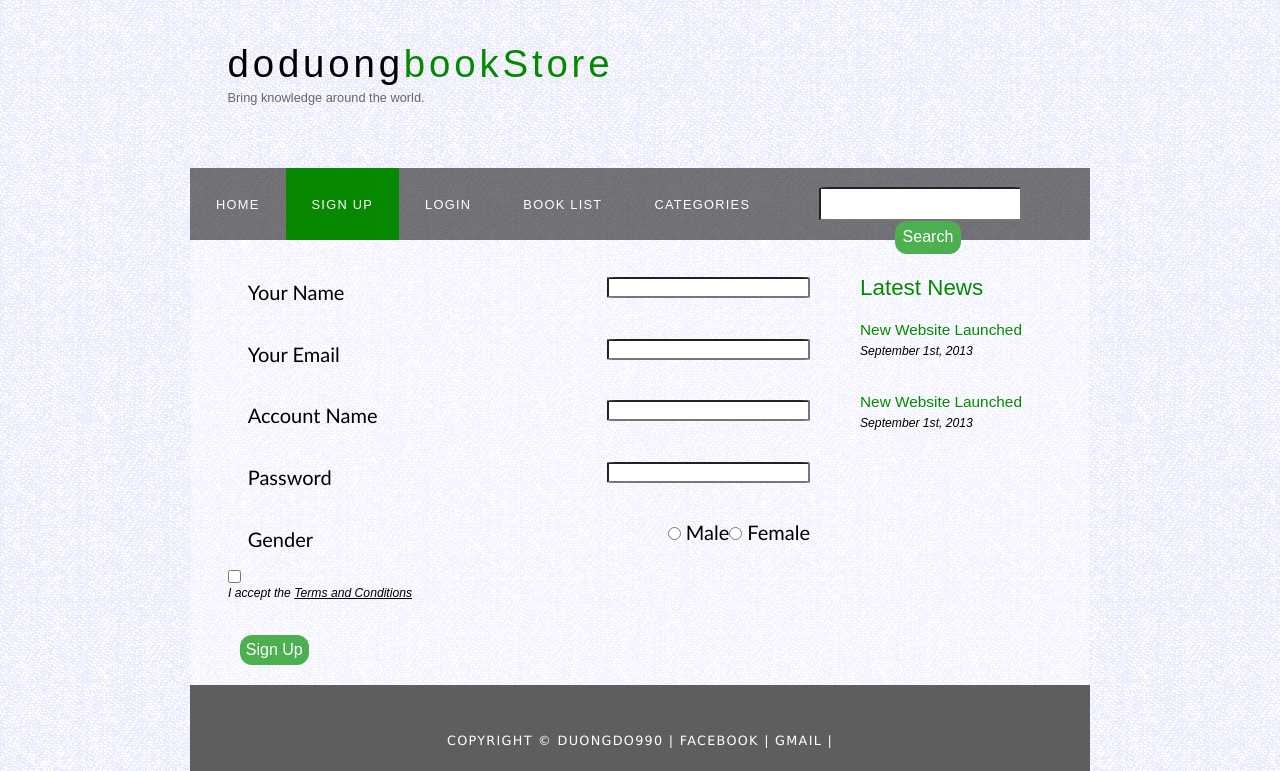
Repository: ngttuyen/JavaWeb
Page: http://localhost/MyWebsite/signup.jsp
The author's editor kept a copy of each file at every save. The page is drawn from the files as they stood at one save, then again after a run of saves.
The browser window is 1280 px wide. The pictures show the whole page.
The page is served by Tomcat 9.

Above is the page before, as saved 2019-06-01 12:54:37.

After the next 3 saves:
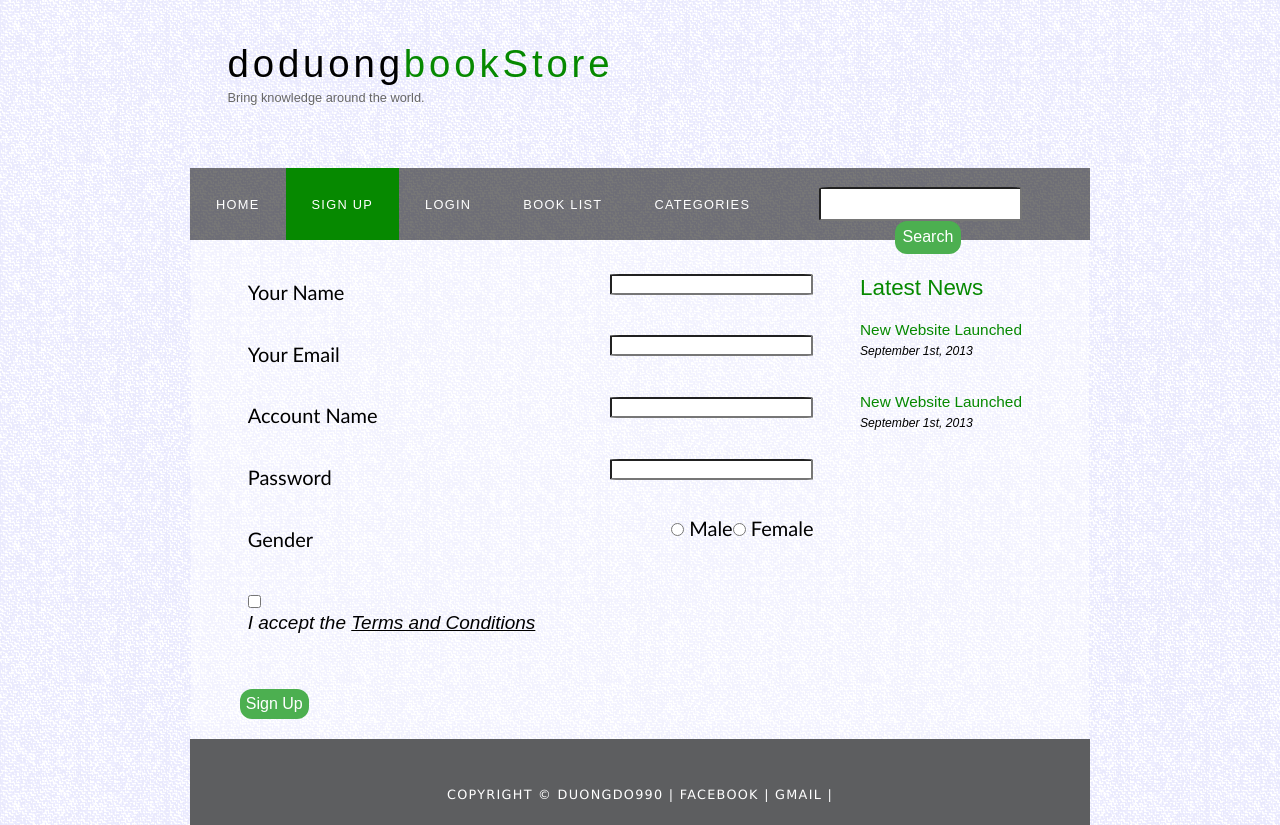
The 3 saves are shown as one change because they came seconds apart.
The last was saved 46 s later.
--- a/MyWebsite/WebContent/signup.jsp
+++ b/MyWebsite/WebContent/signup.jsp
@@ -36,28 +36,40 @@
 					<table>
 						<tr>
 							<td><label>Your Name</label></td>
-							<td class="right"><input type="text" name="name" class="styled-input"></td>
+							<td class="right"><input type="text" name="name"
+								class="styled-input"></td>
 						</tr>
 						<tr>
 							<td><label>Your Email</label></td>
-							<td class="right"><input type="text" name="email" class="styled-input"></td>
+							<td class="right"><input type="text" name="email"
+								class="styled-input"></td>
 						</tr>
 						<tr>
 							<td><label>Account Name</label></td>
-							<td class="right"><input type="text" name="id" class="styled-input"></td>
+							<td class="right"><input type="text" name="id"
+								class="styled-input"></td>
 						</tr>
 						<tr>
 							<td><label>Password</label></td>
-							<td class="right"><input type="password" name="pw" class="styled-input"></td>
+							<td class="right"><input type="password" name="pw"
+								class="styled-input"></td>
 						</tr>
 						<tr>
 							<td><label>Gender</label></td>
-							<td class="right"><input class="gender-radio" type="radio" name="gender" value="male">
-								Male<input class="gender-radio" type="radio" name="gender" value="female">
+							<td class="right"><input class="gender-radio" type="radio"
+								name="gender" value="male"> Male<input
+								class="gender-radio" type="radio" name="gender" value="female">
 								Female</td>
 						</tr>
+						<tr>
+							<td><input type="checkbox" required name="terms">
+							<h5>
+									I accept the <u>Terms and Conditions</u>
+								</h5>
+								</p></td>
+						</tr>
 					</table>
-					<input type="checkbox" required name="terms"><h5>I accept the <u>Terms and Conditions</u></h5></p>
+
 				</form>
 				<button class="button">Sign Up</button>
 
